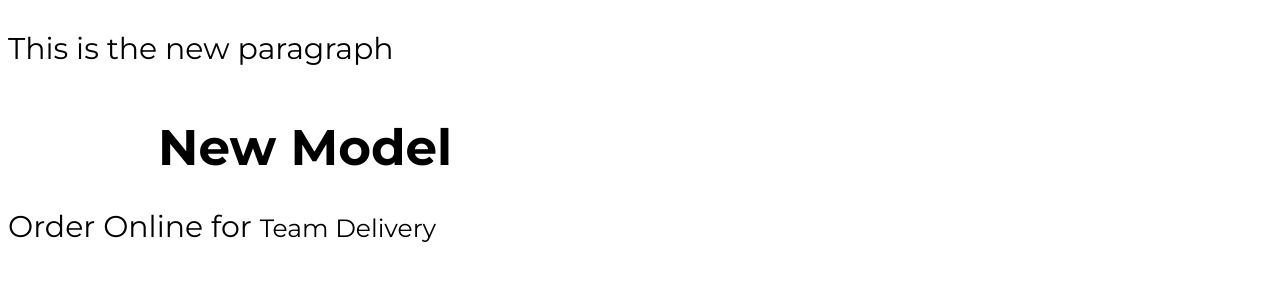
Repository: RagulRanjeeth/Frontend
Page: Correct.html
These files come from the project's save history. The page is drawn as it stood at one moment and after the next save; the edit follows.
The browser window is 1280 px wide. The pictures show the whole page.

Above is the page before, as saved 2026-01-22 13:33:55.

After the next save:
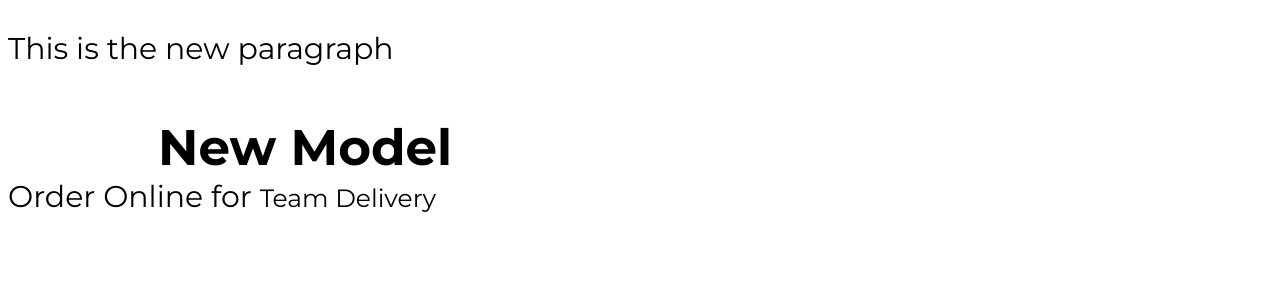
Saved 1 s later.
--- a/Correct.html
+++ b/Correct.html
@@ -12,6 +12,6 @@
 
         <p class="NewMode">New Model</p>
 
-        <p>Order Online for <span class="SpecialDec">Team Delivery</span></p>
+        <p class="Order">Order Online for <span class="SpecialDec">Team Delivery</span></p>
     </body>
 </html>

After the save that followed:
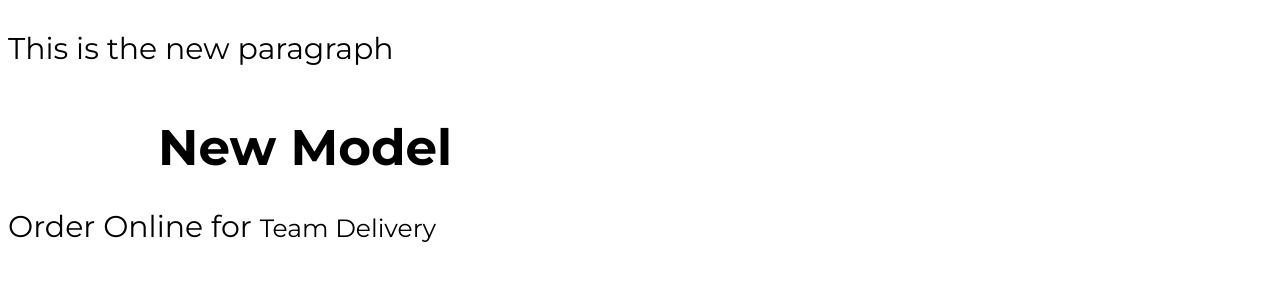
Saved 22 s later.
--- a/First.css
+++ b/First.css
@@ -24,5 +24,5 @@ p{
 }
 
 .Order{
-      margin-top:0px;
+      margin-top:30px;
 }
